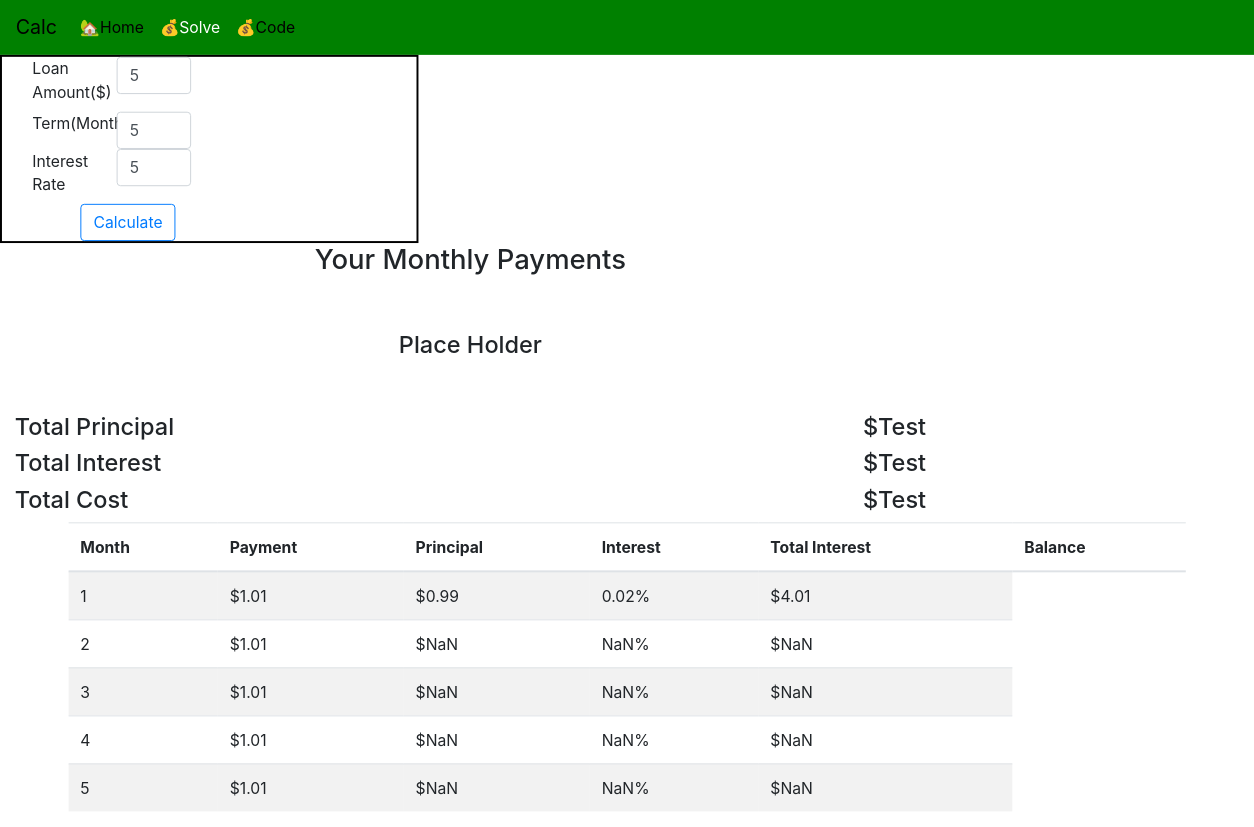
Repository: zhadjah9559/MortgageManager
Page: solve.html
An editor plug-in stored every save of this project. The page is shown before and after a run of saves, followed by the edit.
The browser window is 1280 px wide. The pictures show the whole page, at 98% of full size.
Empty fields were first filled with sample values (such as "Sample", 5 or name@example.com).
After loading, the first visible `button.btn` was clicked once.

Above is the page before, as saved 2021-01-16 14:36:14.

### solve.html
<!doctype html>
<html lang="en">
  <head>
    <title>Mortgage Loan Calculator</title>
    <!-- Required meta tags -->
    <meta charset="utf-8">
    <meta name="viewport" content="width=device-width, initial-scale=1, shrink-to-fit=no">

    <!-- Bootstrap CSS -->
    <link rel="stylesheet" href="https://stackpath.bootstrapcdn.com/bootstrap/4.3.1/css/bootstrap.min.css" integrity="sha384-ggOyR0iXCbMQv3Xipma34MD+dH/1fQ784/j6cY/iJTQUOhcWr7x9JvoRxT2MZw1T" crossorigin="anonymous">
    <link rel="stylesheet" href="css/custom.css">
    <link rel="stylesheet" href="css/prism.css">
  </head>
  <body>

    <nav class="navbar navbar-expand-sm navbar-dark" style="background-color: green;">
        <a class="navbar-brand" href="#">Calc</a>
        <button class="navbar-toggler d-lg-none" type="button" data-toggle="collapse" data-target="#collapsibleNavId" aria-controls="collapsibleNavId"
            aria-expanded="false" aria-label="Toggle navigation"></button>
        <div class="collapse navbar-collapse" id="collapsibleNavId">
            <ul class="navbar-nav mr-auto mt-2 mt-lg-0">
                <li class="nav-item ">
                    <a class="nav-link" href="index.html">🏡Home </a>
                </li>
                <li class="nav-item active">
                    <a class="nav-link" href="solve.html">💰Solve <span class="sr-only">(current)</span></a>
                </li>
                <li class="nav-item">
                    <a class="nav-link" href="code.html">💰Code</a>
                </li>
            </ul>
        </div>
    </nav>

    </div>

    <div class="container-fluid">
        <div class="row">

            <div class="col-lg-4" style="border:2px solid black;">
                <div class="row">
                    <div class="col-2 ml-3">
                        <label for="Loan Amount">Loan Amount($)</label>
                    </div>
                    <div class="col-3 ml-3">
                        <input type="number" class="form-control" id="loanAmount" placeholder="100000">
                    </div>
                </div>
                <div class="row">
                    <div class="col-2 ml-3">
                        <label for="Term">Term(Months)</label>
                    </div>
                    <div class="col-3 ml-3">
                        <input type="number" class="form-control" id="months" placeholder="60">
                    </div>
                </div>
                <div class="row">
                    <div class="col-2 ml-3">
                        <label for="Interest Rate">Interest Rate</label>
                    </div>
                    <div class="col-3 ml-3">
                        <input type="number" class="form-control" id="interestRate" placeholder="3.5%">
                    </div>
                </div>
                <div class="row offset-2">
                    <button class="btn btn-outline-primary" type="submit" onclick="calculateLoan()">Calculate</button>
                </div>
            </div>



            <div class="col-lg-9 mr-3" style="border:px solid black;">
                <div class="row justify-content-center">
                    <h3>Your Monthly Payments</h3>
                </div>


                <div class="row justify-content-center mt-5">
                    <h4 id="monthlyPayment">Place Holder</h4>
                </div>


                <div class="row justify-content-center mt-5">
                    <div class="col-3">
                        <h4>Total Principal</h4>
                    </div>
                    <div class="col-3 offset-6">
                        <h4 id="totalPrincipalOutput" class="text-right">$Test</h4>
                    </div>


                    <div class="col-3">
                        <h4>Total Interest</h4>
                    </div>
                    <div class="col-3 offset-6">
                        <h4 id="totalInterestOutput" class="text-right">$Test</h4>
                    </div>


                    <div class="col-3">
                        <h4>Total Cost</h4>
                    </div>
                    <div class="col-3 offset-6">
                        <h4 id="totalCostOutput" class="text-right">$Test</h4>
                    </div>

                </div>
            </div>

        </div>
    </div>


    <div class="container">
        <div class="row">
            <table class="table table-striped">
                <thead>
                    <tr>
                        <th>Month</th>
                        <th>Payment</th>
                        <th>Principal</th>
                        <th>Interest</th>
                        <th>Total Interest</th>
                        <th>Balance</th>
                    </tr>
                </thead>
                <tbody id="tBody">

                </tbody>
            </table>
        </div>
    </div>



    <!-- Optional JavaScript -->
    <!-- jQuery first, then Popper.js, then Bootstrap JS -->
    <script src="https://code.jquery.com/jquery-3.3.1.slim.min.js" integrity="sha384-q8i/X+965DzO0rT7abK41JStQIAqVgRVzpbzo5smXKp4YfRvH+8abtTE1Pi6jizo" crossorigin="anonymous"></script>
    <script src="https://cdnjs.cloudflare.com/ajax/libs/popper.js/1.14.7/umd/popper.min.js" integrity="sha384-UO2eT0CpHqdSJQ6hJty5KVphtPhzWj9WO1clHTMGa3JDZwrnQq4sF86dIHNDz0W1" crossorigin="anonymous"></script>
    <script src="https://stackpath.bootstrapcdn.com/bootstrap/4.3.1/js/bootstrap.min.js" integrity="sha384-JjSmVgyd0p3pXB1rRibZUAYoIIy6OrQ6VrjIEaFf/nJGzIxFDsf4x0xIM+B07jRM" crossorigin="anonymous"></script>
    <script src="js/custom.js"></script>
    <script src="js/prism.js"></script>
  </body>
</html>

### css/custom.css
.navbar-dark .navbar-nav .active>.nav-link{
    color:white;
}
.navbar-dark .navbar-nav .nav-link{
    color:black;
}
.navbar .navbar-brand{
    color:black;
}

### css/prism.css
/* PrismJS 1.23.0
https://prismjs.com/download.html#themes=prism-okaidia&languages=markup+css+clike+javascript&plugins=normalize-whitespace */
/**
 * okaidia theme for JavaScript, CSS and HTML
 * Loosely based on Monokai textmate theme by http://www.monokai.nl/
 * @author ocodia
 */

code[class*="language-"],
pre[class*="language-"] {
	color: #f8f8f2;
	background: none;
	text-shadow: 0 1px rgba(0, 0, 0, 0.3);
	font-family: Consolas, Monaco, 'Andale Mono', 'Ubuntu Mono', monospace;
	font-size: 1em;
	text-align: left;
	white-space: pre;
	word-spacing: normal;
	word-break: normal;
	word-wrap: normal;
	line-height: 1.5;

	-moz-tab-size: 4;
	-o-tab-size: 4;
	tab-size: 4;

	-webkit-hyphens: none;
	-moz-hyphens: none;
	-ms-hyphens: none;
	hyphens: none;
}

/* Code blocks */
pre[class*="language-"] {
	padding: 1em;
	margin: .5em 0;
	overflow: auto;
	border-radius: 0.3em;
}

:not(pre) > code[class*="language-"],
pre[class*="language-"] {
	background: #272822;
}

/* Inline code */
:not(pre) > code[class*="language-"] {
	padding: .1em;
	border-radius: .3em;
	white-space: normal;
}

.token.comment,
.token.prolog,
.token.doctype,
.token.cdata {
	color: #8292a2;
}

.token.punctuation {
	color: #f8f8f2;
}

.token.namespace {
	opacity: .7;
}

.token.property,
.token.tag,
.token.constant,
.token.symbol,
.token.deleted {
	color: #f92672;
}

.token.boolean,
.token.number {
	color: #ae81ff;
}

.token.selector,
.token.attr-name,
.token.string,
.token.char,
.token.builtin,
.token.inserted {
	color: #a6e22e;
}

.token.operator,
.token.entity,
.token.url,
.language-css .token.string,
.style .token.string,
.token.variable {
	color: #f8f8f2;
}

.token.atrule,
.token.attr-value,
.token.function,
.token.class-name {
	color: #e6db74;
}

.token.keyword {
	color: #66d9ef;
}

.token.regex,
.token.important {
	color: #fd971f;
}

.token.important,
.token.bold {
	font-weight: bold;
}
.token.italic {
	font-style: italic;
}

.token.entity {
	cursor: help;
}

### js/custom.js
function calculateLoan(){
    let loanAmount = parseInt( document.getElementById("loanAmount").value )
    let months = parseInt( document.getElementById("months").value )
    //before the very first month
    let remainingBalance = new Array()
    remainingBalance.push( loanAmount )

    //DONT FORGET TO CONVERT THIS TO A PERCENTAGE
    let interestRate = parseInt( document.getElementById("interestRate").value )

    //Keep track of interest payments
    let interestPayment = new Array();

    //Keep track of principal payments
    let principalPayments = new Array();

    //END OF DECLARATIONS*******************************************************

    //input validation to make sure interest is solid number
    if(interestRate >= 100){

    }

    //Total Monthly Payment  ***STATIC variable***                                       //(1+rate/1200)^(-NumberOfMonths)
    const totalMonthlyPayment = (loanAmount) * (interestRate/1200) / (1 -   Math.pow( (1 + interestRate/1200) , (-months) ) )


    //loop will perform 60 times meaning you will get 60 indices
    for (let i = 0; i < months; i++) {
        //Interest Payment
        interestPayment.push(  (remainingBalance) * (interestRate/1200)  )

        //principal payment
        principalPayments.push(  totalMonthlyPayment - interestPayment  )

        remainingBalance.push( remainingBalance - principalPayments)
    }






    //will later on be used in order to display output
    let tBody ="";
    for (let i = 0; i < months; i++) {
        tBody += `<tr> <td>${ i+1 }</td>
                       <td>$${  (Math.round(totalMonthlyPayment * 100) / 100).toFixed(2) }</td>
                       <td>$${  (Math.round(principalPayments[i] * 100) / 100).toFixed(2)   }</td>
                       <td>${   (Math.round(interestPayment[i] * 100) / 100).toFixed(2) }%</td>
                       <td>$${  (Math.round(remainingBalance[i+1] * 100) / 100).toFixed(2)   }</td>
                 </tr>`
    }
    document.getElementById("tBody").innerHTML = tBody


}

Loaded but not shown: js/prism.js (library)

After the next 2 saves:
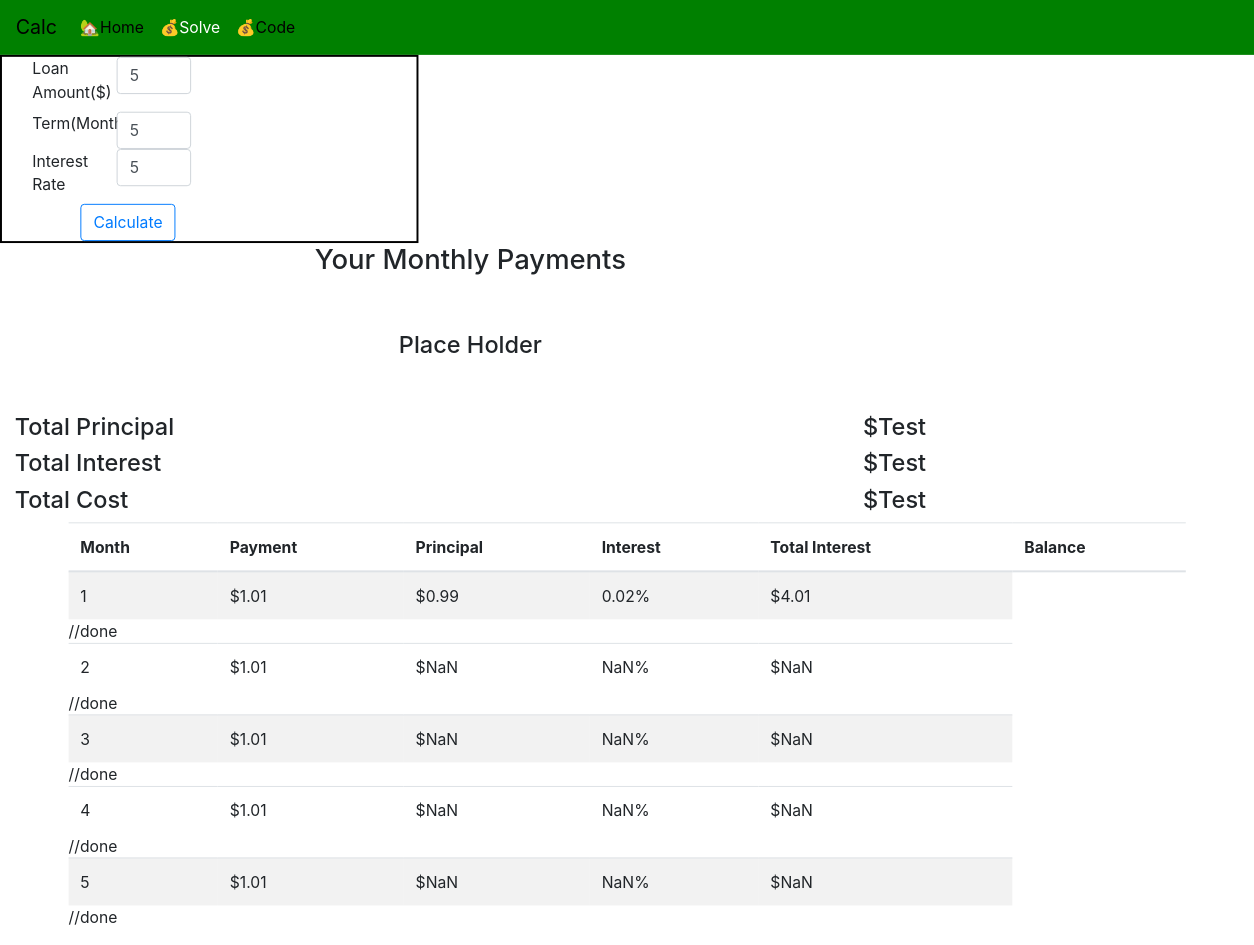
The 2 saves are shown as one change because they came seconds apart.
The last was saved 49 s later.
--- a/js/custom.js
+++ b/js/custom.js
@@ -45,7 +45,7 @@ function calculateLoan(){
     let tBody ="";
     for (let i = 0; i < months; i++) {
         tBody += `<tr> <td>${ i+1 }</td>
-                       <td>$${  (Math.round(totalMonthlyPayment * 100) / 100).toFixed(2) }</td>
+                       <td>$${  (Math.round(totalMonthlyPayment * 100) / 100).toFixed(2) }</td>             //done
                        <td>$${  (Math.round(principalPayments[i] * 100) / 100).toFixed(2)   }</td>
                        <td>${   (Math.round(interestPayment[i] * 100) / 100).toFixed(2) }%</td>
                        <td>$${  (Math.round(remainingBalance[i+1] * 100) / 100).toFixed(2)   }</td>
